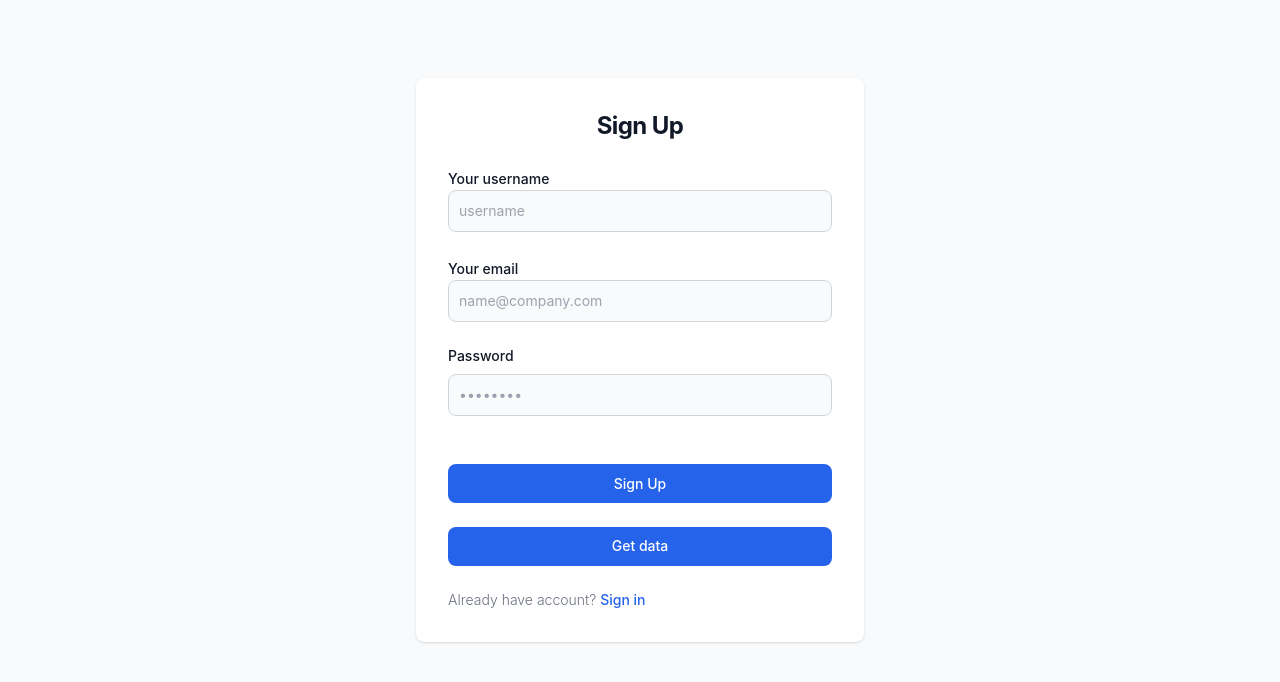
Repository: Than-sothearak/news-today
Page: /register (app in client/)
An editor plug-in stored every save of this project. The page is shown before and after the next save, followed by the edit.
The browser window is 1280 px wide. The pictures show the whole page.
The project was rebuilt for these pictures with package versions that can differ from the ones it lists, and the page was loaded fresh each time. Also part of the build but not shown: client/vite.config.js, client/data.js, client/src/components/Post.jsx, client/src/components/HeroBanner.jsx, client/src/page/Home.jsx, client/src/page/Login.jsx, client/src/page/Single.jsx, client/src/page/Write.jsx and 3 more.

Above is the page before, as saved 2023-03-05 17:40:08.

After the next save:
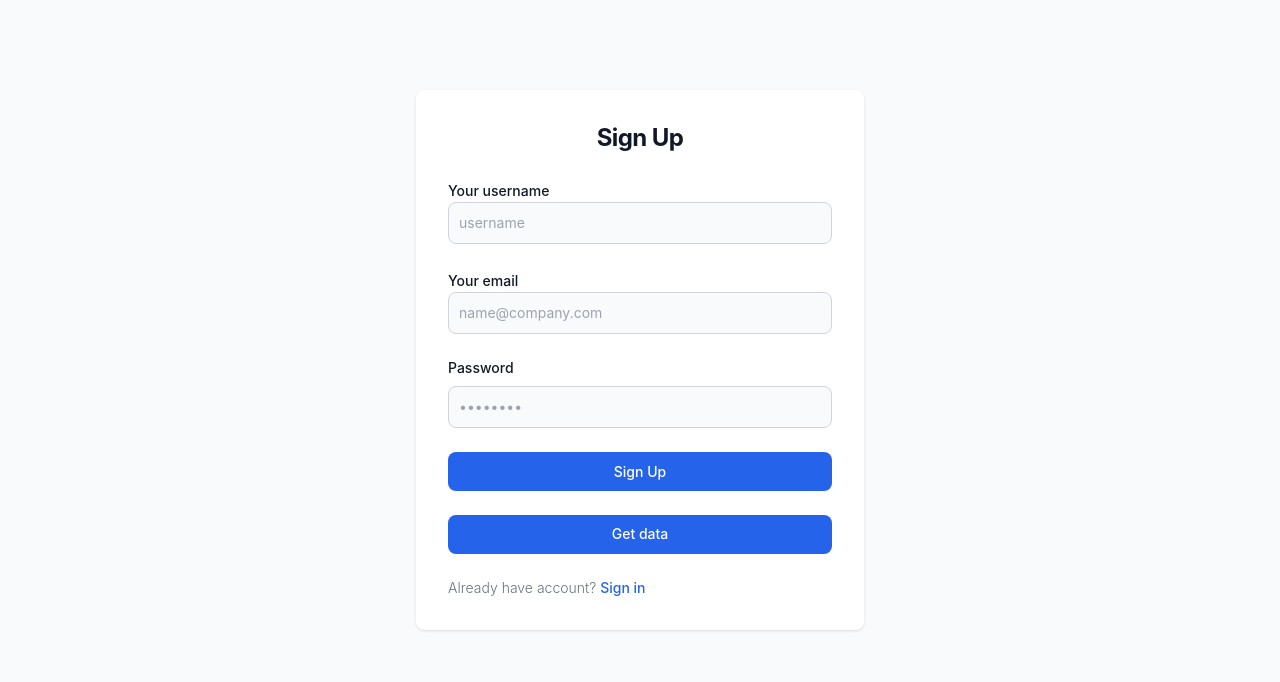
Saved 11 s later.
--- a/client/src/page/Register.jsx
+++ b/client/src/page/Register.jsx
@@ -105,9 +105,6 @@ export const Register = () => {
                 />
                {err &&  <p className="w-full text-center text-red-600">{err}</p>}
               </div>
-              <div className="flex items-center justify-between">
-                <div className="flex items-start"></div>
-              </div>
               <button
                 type="submit"
                 className="w-full text-white bg-primary-600 hover:bg-primary-700 focus:ring-4 focus:outline-none focus:ring-primary-300 font-medium rounded-lg text-sm text-center dark:bg-primary-600 dark:hover:bg-primary-700 dark:focus:ring-primary-800"
